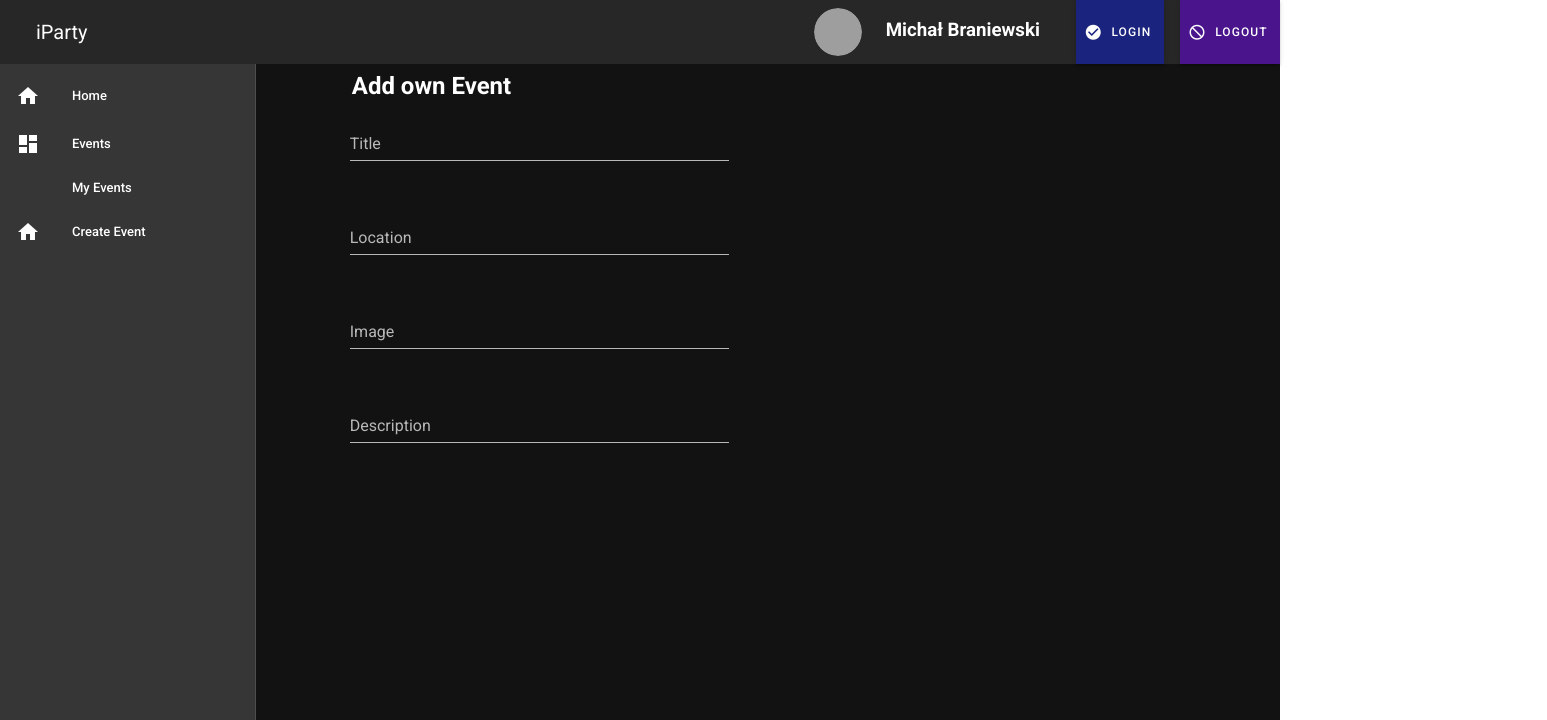
Repository: hexanek/partyapp
Page: /#/addevent
An editor plug-in stored every save of this project. The page is shown before and after the next save, followed by the edit.
The browser window is 1280 px wide. The page is 1280 px wide, then 1547 px, so the pictures cover 1547 px, including what lies to the right of the window. The pictures show the whole page.
Pictures or frames that could not be fetched are drawn as grey boxes. The project was rebuilt for these pictures with package versions that can differ from the ones it lists, and the page was loaded fresh each time. Also part of the build but not shown: vue.config.js, src/components/Popup.vue, src/components/Gmap.vue, src/components/Home.vue.

Above is the page before, as saved 2020-01-26 15:09:18.

After the next save:
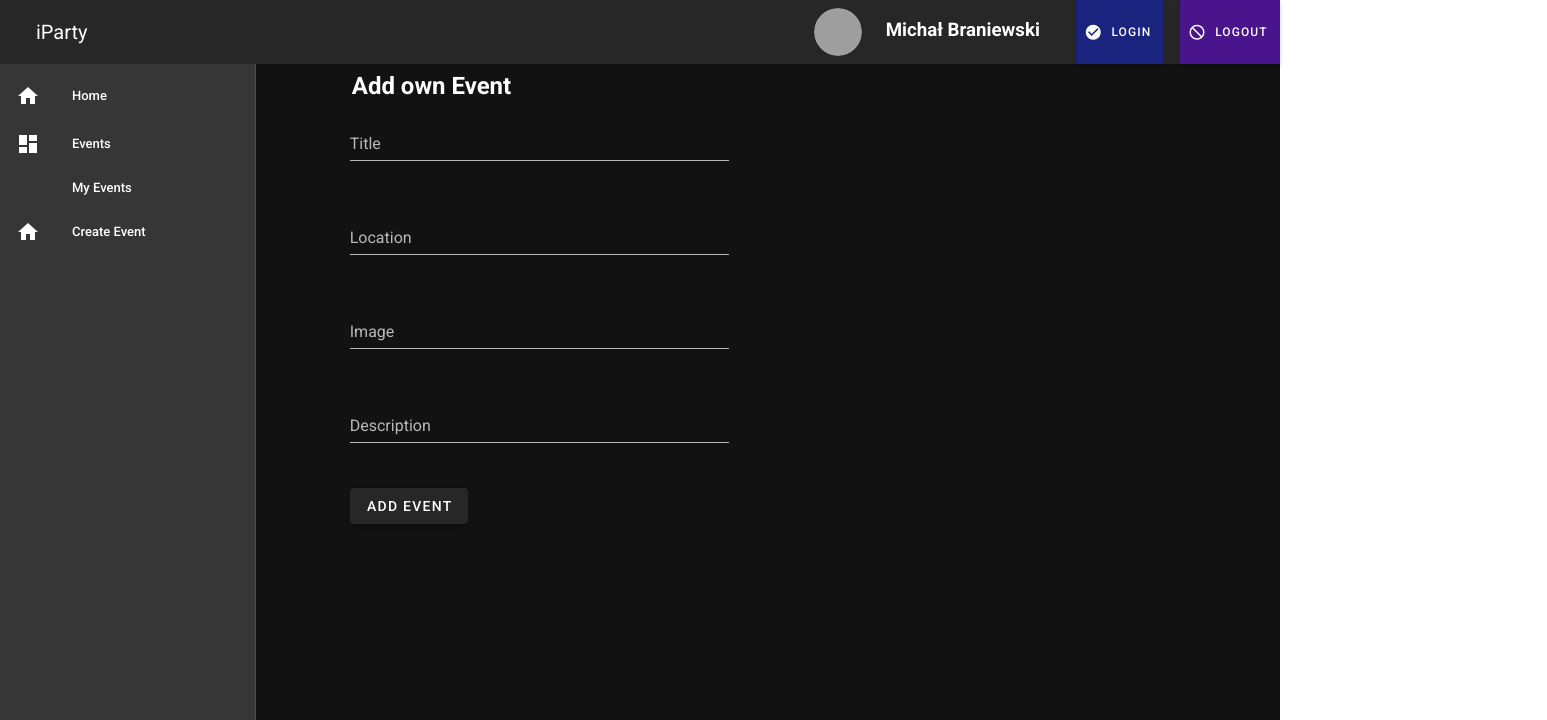
Saved 2 min 57 s later.
--- a/src/components/Event/EventForm.vue
+++ b/src/components/Event/EventForm.vue
@@ -52,6 +52,11 @@
                                 required></v-text-field>
                             </v-flex>
                         </v-layout>
+                        <v-layout row>
+                            <v-flex xs12 offset-sm3 sm-3 col-4>
+                                <v-btn>Add Event</v-btn>
+                            </v-flex>
+                        </v-layout>
                     </form>
                 </v-flex>
             </v-layout>
